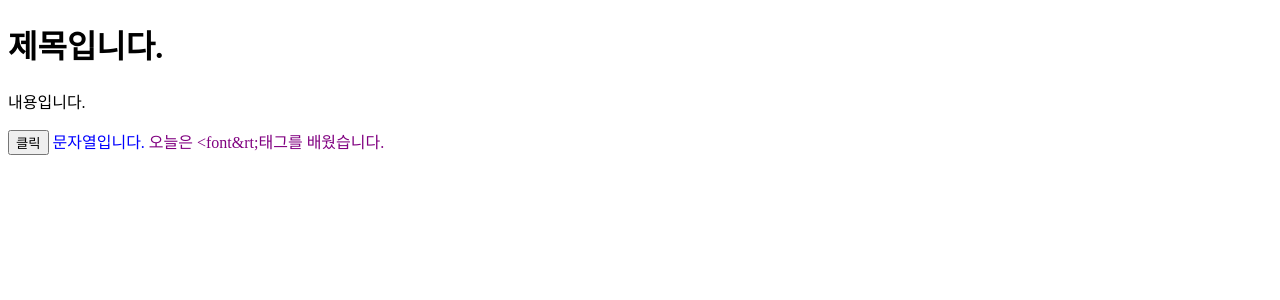
Repository: Hswwwww/WEB
Page: ClientTest/src/main/webapp/html/ex03_basic.html
An editor plug-in stored every save of this project. The page is shown before and after the next save, followed by the edit.
The browser window is 1280 px wide. The pictures show the whole page.

Above is the page before, as saved 2024-03-12 06:39:58.

### ClientTest/src/main/webapp/html/ex03_basic.html
<!DOCTYPE html>
<html>
<head>
<meta charset="UTF-8">
<title>Insert title here</title>
</head>
<body>
<!--

	HTML 언어 구성 요소

	1. 태그(Tag) / 요소 (Element)
	2. 속성(Attribute)
	3. 텍스트(PCDATA)
	-----------------------------------
	4. 주석(Comment)
	-----------------------------------
	5. 선언문(Declaration)
	6. 엔티티(Entity)
	7. 외부 요소
	8. 등등...

	1. 태그(Tag) / 요소 (Element)
	- 명령어를 <>로 묶어놓은 요소
	- HTML 문법의 주요 요소
	- HTML 문서의 골격(뼈대)을 만드는 역할(레이아웃을 잡는 역할)
	- 데이터(문자열,이미지 등)을 출력하는 역할
	- 각 태그마다 역할 부여 > 출력되는 형태 or 기능이 다르다.

	1.1 HTML 태그 표현 방식
		a. <태그명>내용물 영역</태그명>
			- 쌍태그
			- <태그명> : 시작태그
			- </태그명> : 끝 태그
			- 영역을 가지는 태그

		b. <태그명>, <태그명></태그명>, <태그명/>
			- 단독태그, 빈태그(Empty Tag)
			- 영역을 가지지 않는 태그

	1.2 태그 내용물 혁식, Content Type
		- <태그>형식</태그>
		a. 자식 태그
			- 또 다른 태그들이 내용물로 구성된다.
			- 문자열은 올 수 없다.
		b. PCDATA . Parsed Character Data
			- 문자열만 올 수 있다.
			- 자식 태그를 가질 수 없다.

		c. Empty
			- 아무것도 가지지 않든다. > 빈태그, 단독 태그
		d. Mixed, 혼합형
			- 자식으로 태그와 문자열이 모두 올 수 있다.
			- a + b + c
			- HTML 태그의 대부분이 혼합형이다.


		2. 속성(Attribute)
		- 태그가 가지는 데이터의 한 종류
		- 태그의 성질을 정의하는 요소
		- 표기법
			a. <시작태그 속성명 = "값"></끝태그>
			   <시작태그 속성명 = "값" 속셩명 = "값" 속성명 = "값"></끝태그>
			b. <단독태그 속성명="값>
			c. <시작태그 속성명 = "값"></끝태그> 사용 ㅇ
 			d. <시작태그 속성명 = '값'></끝태그> 사용 ㅇ
			e. <시작태그 속성명 = 값></끝태그> 사용 x

		3. 텍스트(PCDATA)
		- 태그가 가지는 데이터
		- 시작태그와 끝태그 사이의 모든 문자열
		- 용도 : 화면에 출력하는 데이터

		6. 엔티티(Entity)
		- 브라우저와 정해진 약속이 되어 있는 표현 > 소스상에 약속된 표현을 작성하면 브라우저는 화면에 출력하기 전에 약속된 표현으로 바꿔서 출력한다.
		> Built - in Entity
		- A > B
		- &nbsp; > 공백 1개
		- &lt; > (<)
		-&gt; > (>)


  -->
	<h1> 제목입니다.</h1>
	<p>내용입니다.</p>
	<input type = "button"
					 value = "클릭">


	<font color = "blue">문자열입니다.</font>
	<!-- font 태그안에 color 라는 속성이 있다. > 속성은 태그를 자체를 건드리면서 꾸민다. -->

	<font color = "purple"> 오늘은 &lt;font&rt;태그를 배웠습니다.</font>
</body>
</html>

After the next save:
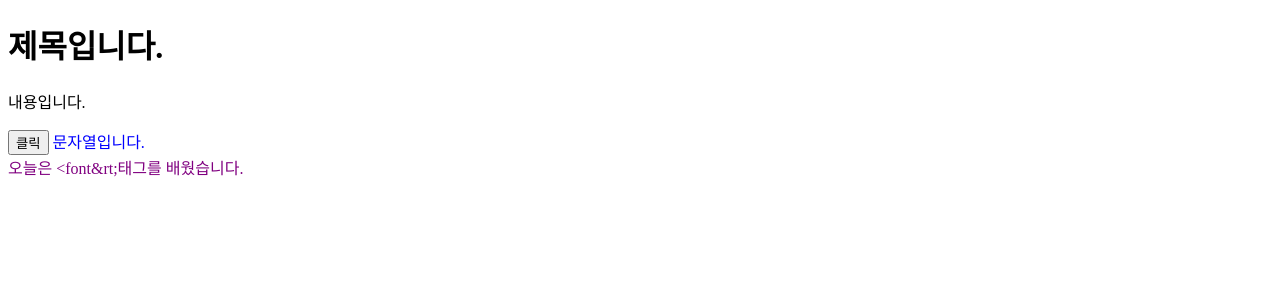
Saved 14 s later.
--- a/ClientTest/src/main/webapp/html/ex03_basic.html
+++ b/ClientTest/src/main/webapp/html/ex03_basic.html
@@ -87,7 +87,7 @@
 					 value = "클릭">
 
 
-	<font color = "blue">문자열입니다.</font>
+	<font color = "blue">문자열입니다.</font><br>
 	<!-- font 태그안에 color 라는 속성이 있다. > 속성은 태그를 자체를 건드리면서 꾸민다. -->
 
 	<font color = "purple"> 오늘은 &lt;font&rt;태그를 배웠습니다.</font>
